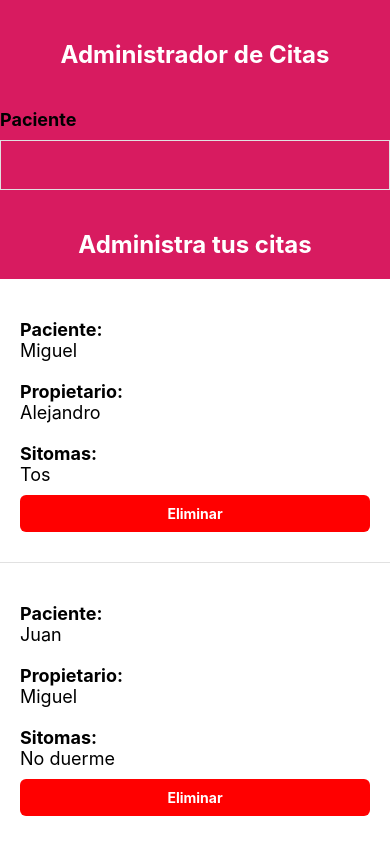
Repository: AleMicky/citas
Screen: /
The author's editor kept a copy of each file at every save. The screen is drawn from the files as they stood at one save, then again after the next save.
An inner scrolling area shows only its first screen. The app was drawn by React Native's web renderer in a window 390 px wide. The project was rebuilt for these pictures with package versions that can differ from the ones it lists, and the page was loaded fresh each time.

Above is the screen before, as saved 2020-06-27 01:01:53.

### App.js
import React from 'react'
import { View, Text, StyleSheet, FlatList } from 'react-native'
import Cita from './src/components/Cita';
import Formulario from './src/components/Formulario';

export default function App() {

  const [citas, setCitas] = React.useState([
      { id:'1', paciente:'Miguel', propietario:'Alejandro', sitomas: 'Tos' },
      { id:'2', paciente:'Juan', propietario:'Miguel', sitomas: 'No duerme' },
      { id:'3', paciente:'Rossy', propietario:'Camila', sitomas: 'No come' }
  ]);

   const eliminarPaciente = id => {
      setCitas((citasActuales) =>{
        return citasActuales.filter(citas => citas.id != id)
      })
   }
  return (
    <View style={styles.contenedor}>
        <Text style={styles.titulo}>Administrador de Citas</Text>
          <Formulario />
          <Text style={styles.titulo}>{citas.length > 0 ?'Administra tus citas':'No hay citas, agrega una '}</Text>
          <FlatList data = {citas}
                    renderItem = {({item}) => (<Cita item = {item} eliminarPaciente = {eliminarPaciente}/>)}
                    keyExtractor = {citas => citas.id}
            />
    </View>
  )
}

const styles = StyleSheet.create({
  contenedor:{
    flex:1,
    backgroundColor:'#d81b60'
  },
  titulo:{
    marginTop:40,
    marginBottom:20,
    fontSize: 24,
    fontWeight:'bold',
    textAlign:'center',
    color:'#fff'
  }
})

### src/components/Cita.js
import React from 'react';
import { Text, StyleSheet, View, TouchableOpacity } from 'react-native';

const Cita = ({ item, eliminarPaciente }) => {

    const { id, paciente, propietario, sitomas  } = item;

    const dialogoEliminar = id => {
        eliminarPaciente(id);
    }

    return (
        <View style={styles.cita}>
            <View>
                <Text style={styles.lebel}>Paciente: </Text>
                <Text style={styles.texto}>{paciente}</Text>
            </View>
            <View>
                <Text style={styles.lebel}>Propietario: </Text>
                <Text style={styles.texto}>{propietario}</Text>
            </View>
            <View>
                <Text style={styles.lebel}>Sitomas: </Text>
                <Text style={styles.texto}>{sitomas}</Text>
            </View>
            <View>
                <TouchableOpacity onPress={() => dialogoEliminar(id)} style={styles.butonEliminar}>
                        <Text style={styles.textoELiminar}>Eliminar</Text>
                </TouchableOpacity>
            </View>
        </View>
    );
}
const styles = StyleSheet.create({
    cita:{
        backgroundColor:'#fff',
        borderBottomColor:"#e1e1e1",
        borderStyle:'solid',
        borderBottomWidth: 1,
        paddingVertical:20,
        paddingHorizontal:20,
    },
    lebel:{
        fontWeight:'bold',
        fontSize:18,
        marginTop:20
    },
    texto:{
        fontSize:18,
    },
    butonEliminar:{
        borderRadius: 6,
        padding:10,
        backgroundColor:'red',
        marginVertical:10,

    },
    textoELiminar:{
        color:'#fff',
        fontWeight:'bold',
        textAlign:'center'
    }
})
export default Cita;

### src/components/Formulario.js
import React from 'react';
import { View, Text, StyleSheet, TextInput } from 'react-native';

const Formulario = () => {
    return (
        <>
            <View>
                <Text style={styles.label}>Paciente</Text>
                <TextInput style={styles.inpul}

                 />
            </View>
        </>
    );
}


const styles = StyleSheet.create({
    label:{
        fontWeight:'bold',
        fontSize:18,
        marginTop:20
    },
    inpul:{
        marginTop:10,
        height:50,
        borderColor:'#e1e1e1',
        borderWidth:1,
        borderStyle:'solid'
    }
});

export default Formulario;

After the next save:
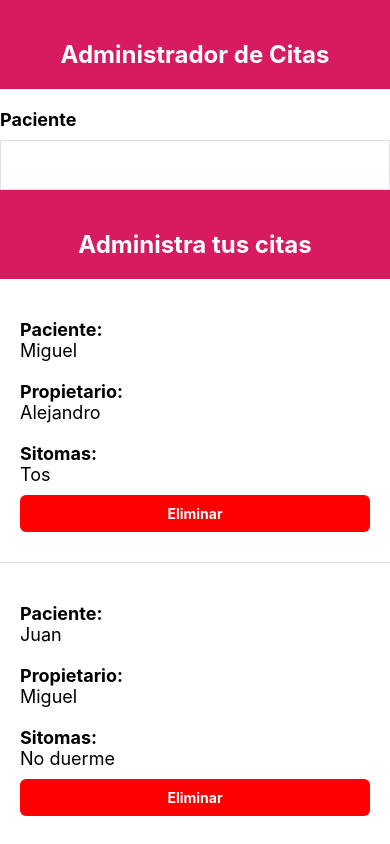
Saved 78 s later.
--- a/src/components/Formulario.js
+++ b/src/components/Formulario.js
@@ -4,11 +4,13 @@ import { View, Text, StyleSheet, TextInput } from 'react-native';
 const Formulario = () => {
     return (
         <>
-            <View>
-                <Text style={styles.label}>Paciente</Text>
-                <TextInput style={styles.inpul}
+            <View style={styles.formulario}>
+                <View>
+                    <Text style={styles.label}>Paciente</Text>
+                    <TextInput style={styles.inpul}
 
-                 />
+                    />
+                </View>
             </View>
         </>
     );
@@ -16,6 +18,9 @@ const Formulario = () => {
 
 
 const styles = StyleSheet.create({
+    formulario:{
+        backgroundColor:'#ffff'
+    },
     label:{
         fontWeight:'bold',
         fontSize:18,
